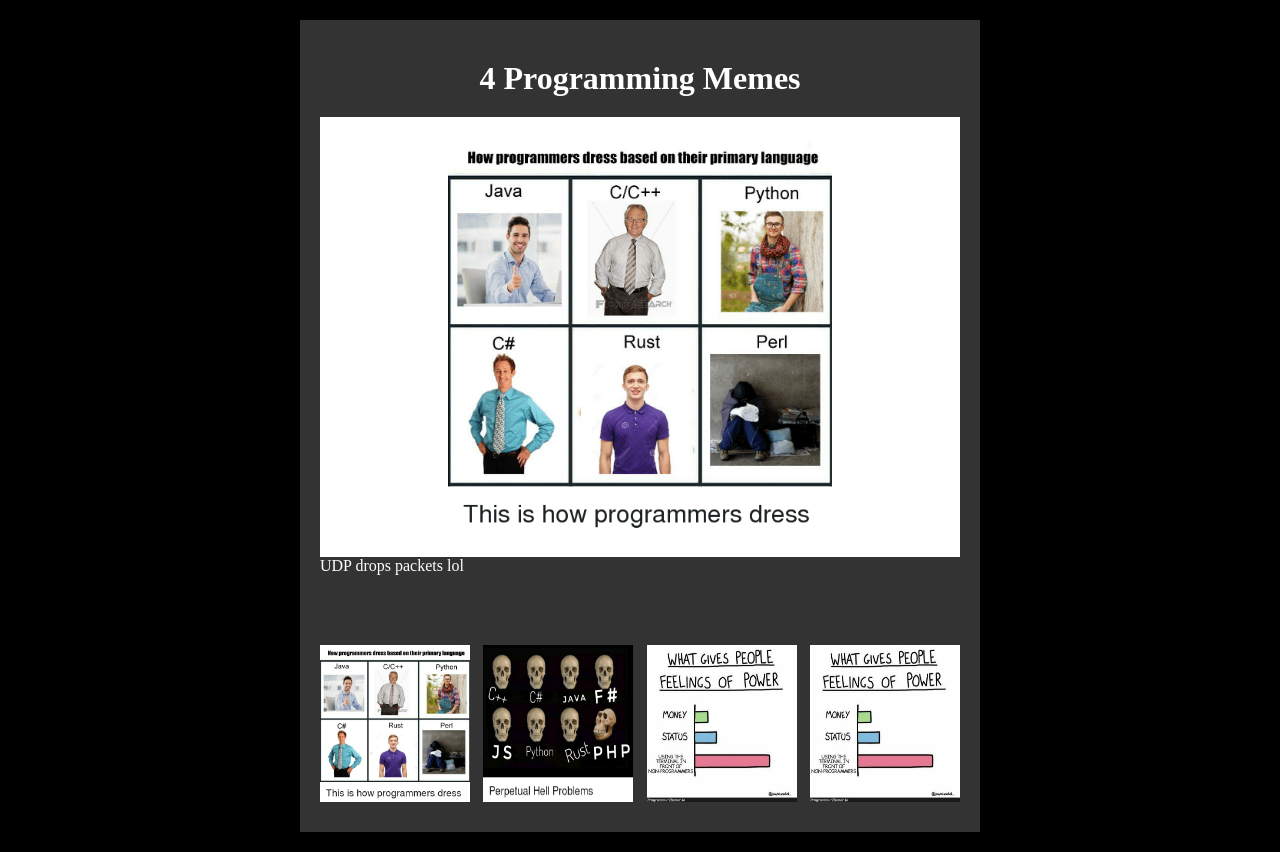
Repository: apopheny/JS230
Page: slideshow/index.html
The author's editor kept a copy of each file at every save. The page is drawn from the files as they stood at one save, then again after the next save.
The browser window is 1280 px wide. The pictures show the whole page.

Above is the page before, as saved 2024-02-05 14:10:13.
Console error: ReferenceError: func is not defined

After the next save:
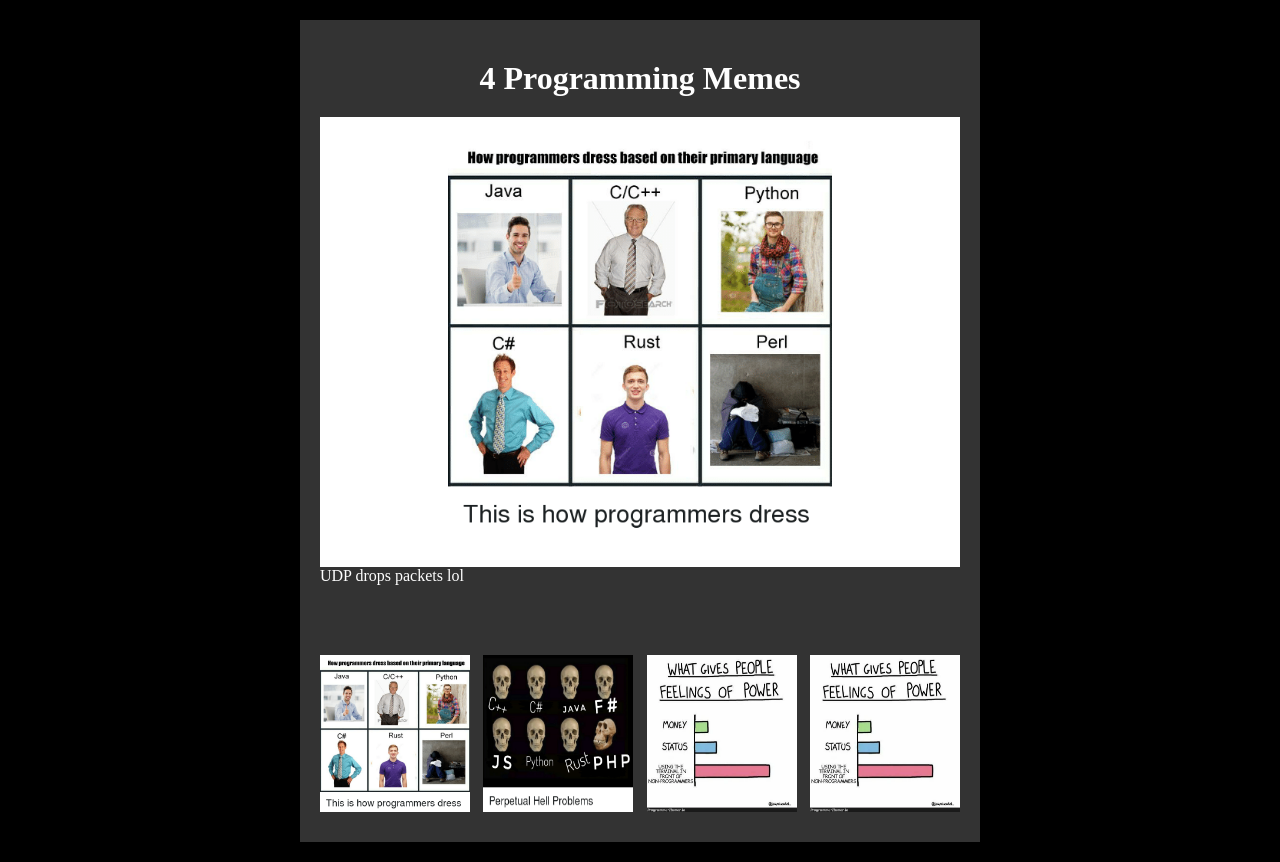
Saved 6 s later.
--- a/slideshow/stylesheets/slideshow.css
+++ b/slideshow/stylesheets/slideshow.css
@@ -40,7 +40,7 @@
 .loadedPicture img {
   max-width: 100%; /* Ensure image does not overflow its container */
   max-height: 400px; /* Adjust based on your preference */
-  margin-bottom: 0px; /* Space between image and caption */
+  margin-bottom: 10px; /* Space between image and caption */
 }
 
 #captionText {
